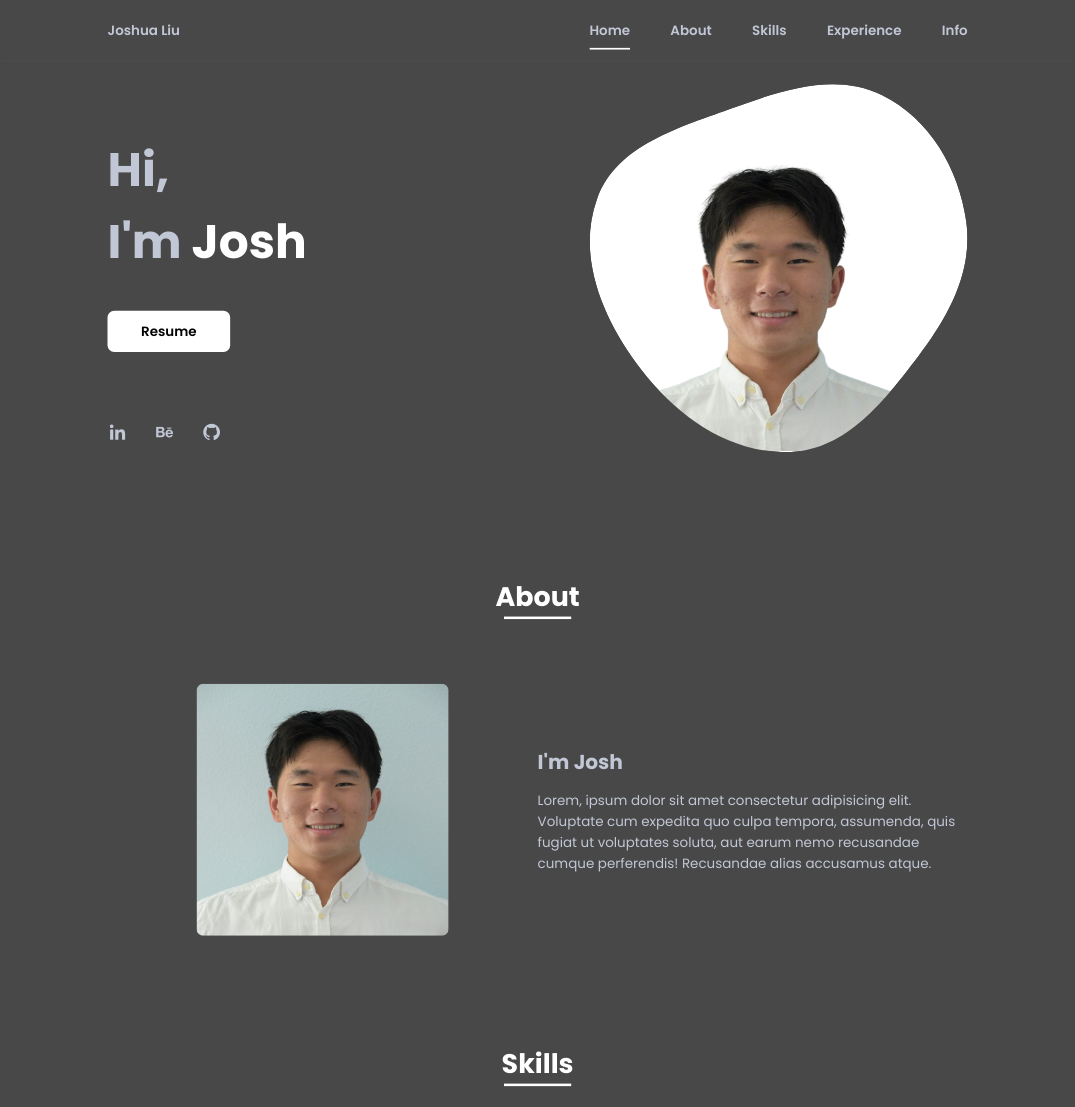
Repository: joshliu14/joshliu14.github.io
Page: index.html
The author's editor kept a copy of each file at every save. The page is drawn from the files as they stood at one save, then again after the next save.
The browser window is 1280 px wide. The pictures show the part of the page from y = 0 to 1318 px (the page is 3355 px tall), at 84% of full size.
A picture or video elsewhere on the page could not be fetched, so the positions and the page height are approximate.

Above is the page before, as saved 2024-01-31 23:46:11.

After the next save:
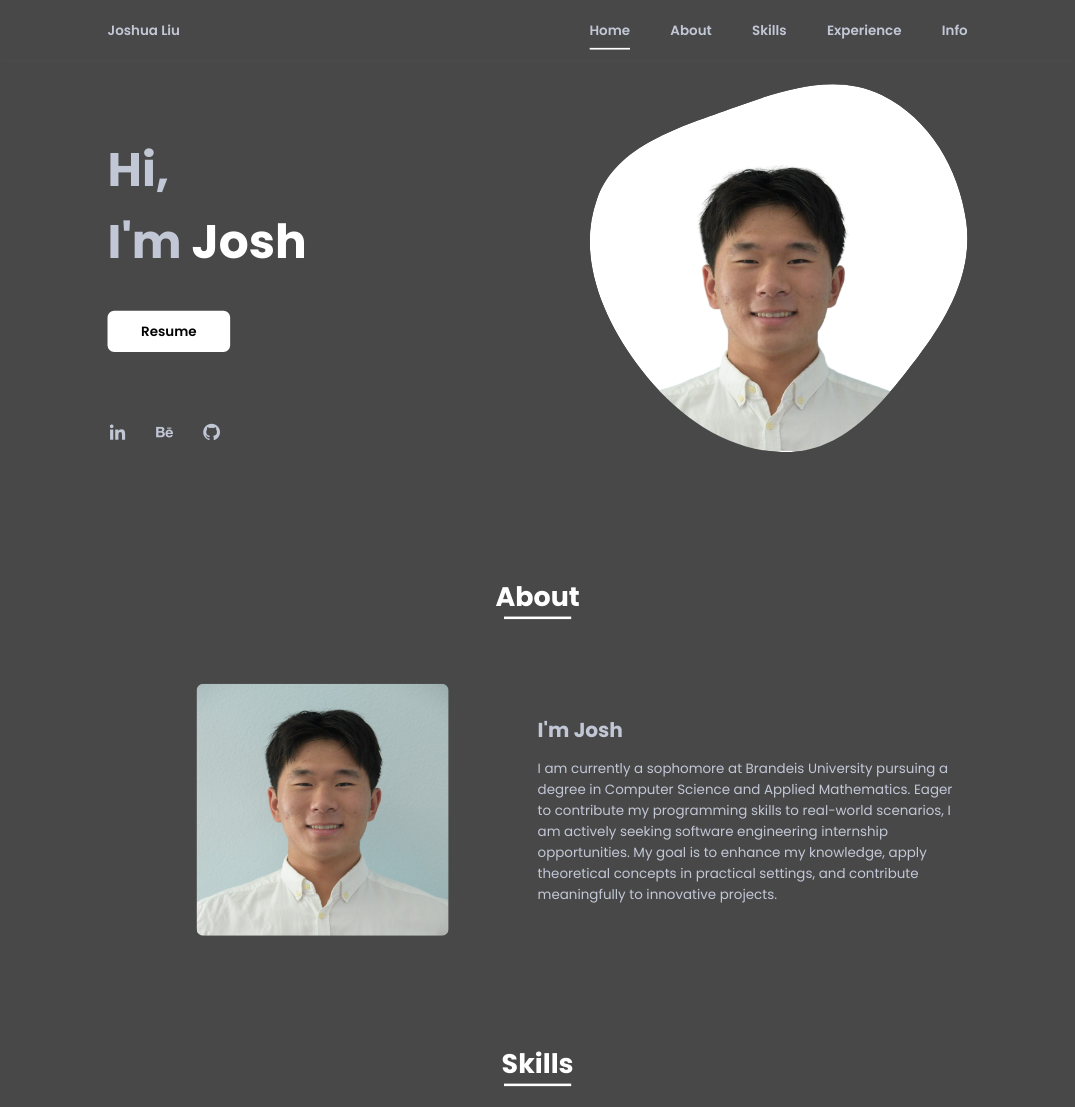
Saved 64 s later.
--- a/index.html
+++ b/index.html
@@ -112,10 +112,13 @@
           <div>
             <h2 class="about__subtitle">I'm Josh</h2>
             <p class="about__text">
-              Lorem, ipsum dolor sit amet consectetur adipisicing elit.
-              Voluptate cum expedita quo culpa tempora, assumenda, quis fugiat
-              ut voluptates soluta, aut earum nemo recusandae cumque
-              perferendis! Recusandae alias accusamus atque.
+              I am currently a sophomore at Brandeis University pursuing a
+              degree in Computer Science and Applied Mathematics. Eager to
+              contribute my programming skills to real-world scenarios, I am
+              actively seeking software engineering internship opportunities. My
+              goal is to enhance my knowledge, apply theoretical concepts in
+              practical settings, and contribute meaningfully to innovative
+              projects.
             </p>
           </div>
         </div>
